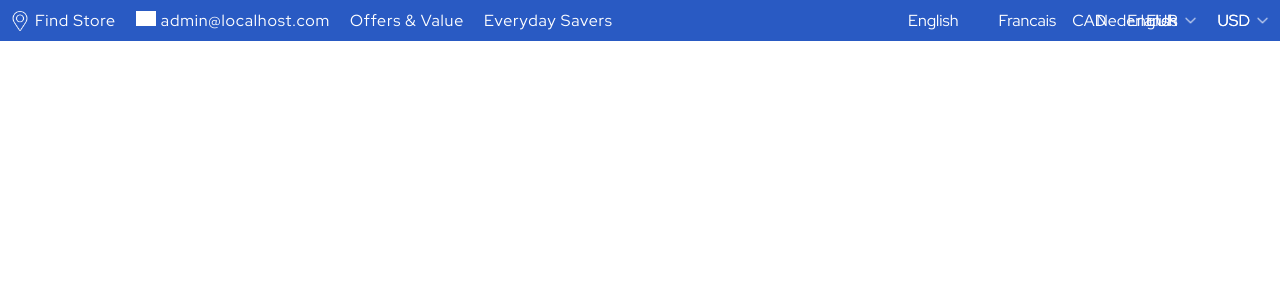
Repository: ldminh95/demo01
Page: index.html
These files come from the project's save history. The page is drawn as it stood at one moment and after the next save; the edit follows.
The browser window is 1280 px wide. The pictures show the whole page.
Pictures or frames that could not be fetched are drawn as grey boxes.

Above is the page before, as saved 2023-09-17 16:42:03.

After the next save:
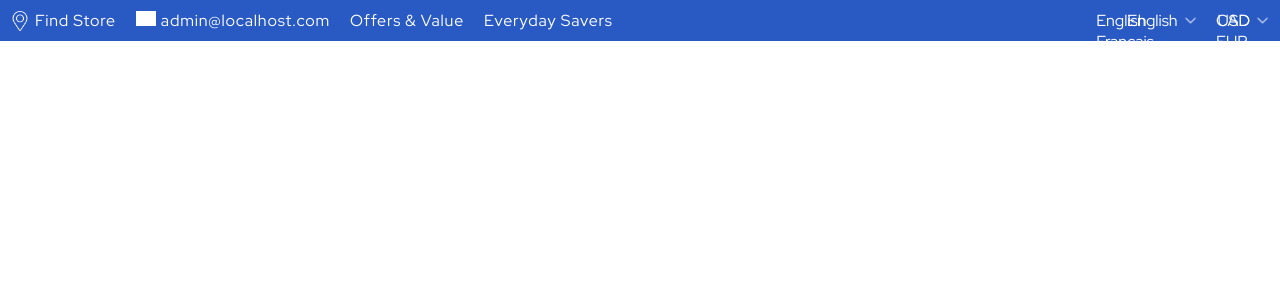
Saved 11 s later.
--- a/css/top.css
+++ b/css/top.css
@@ -35,7 +35,7 @@
 .hd_left .mail::before {
     -webkit-mask-image: url(../images/telephone.png);
 }
-.hd_right ul {
+.hd_right>ul {
     display: flex;
 }
 .hd_right ul li {
